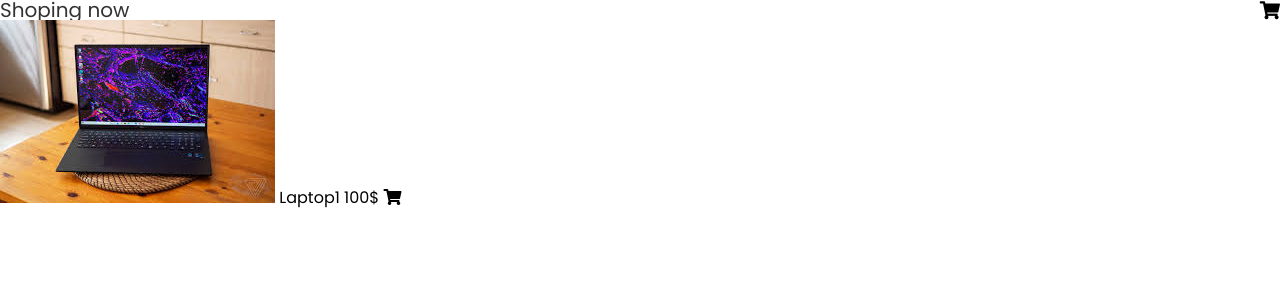
Repository: nttthao9/shopingcart
Page: index.html
These files come from the project's save history. The page is drawn as it stood at one moment and after the next save; the edit follows.
The browser window is 1280 px wide. The pictures show the whole page.
Some web libraries are served in a nearby version.

Above is the page before, as saved 2021-10-04 14:10:41.

After the next save:
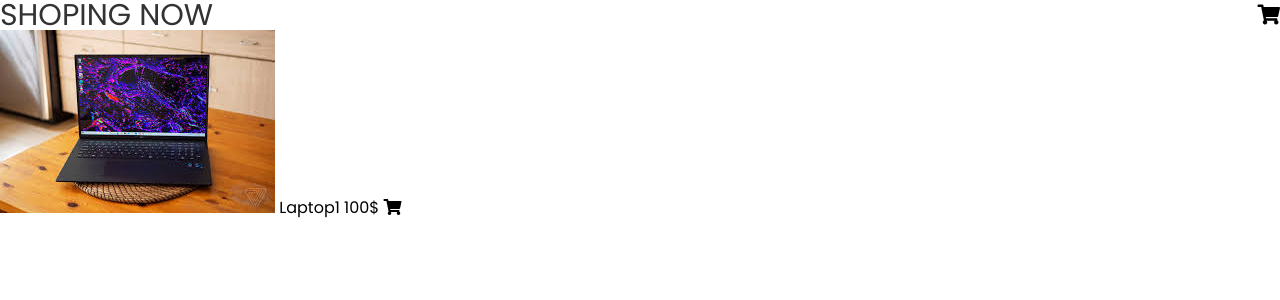
Saved 19 s later.
--- a/styles/style.css
+++ b/styles/style.css
@@ -15,9 +15,10 @@ body {
   justify-content: space-between;
 }
 .shoping-title {
-  font-size: 2rem;
+  font-size: 3rem;
   color: #333;
+  text-transform: uppercase;
 }
 .shoping-cart {
-  font-size: 1.8rem;
+  font-size: 2rem;
 }
